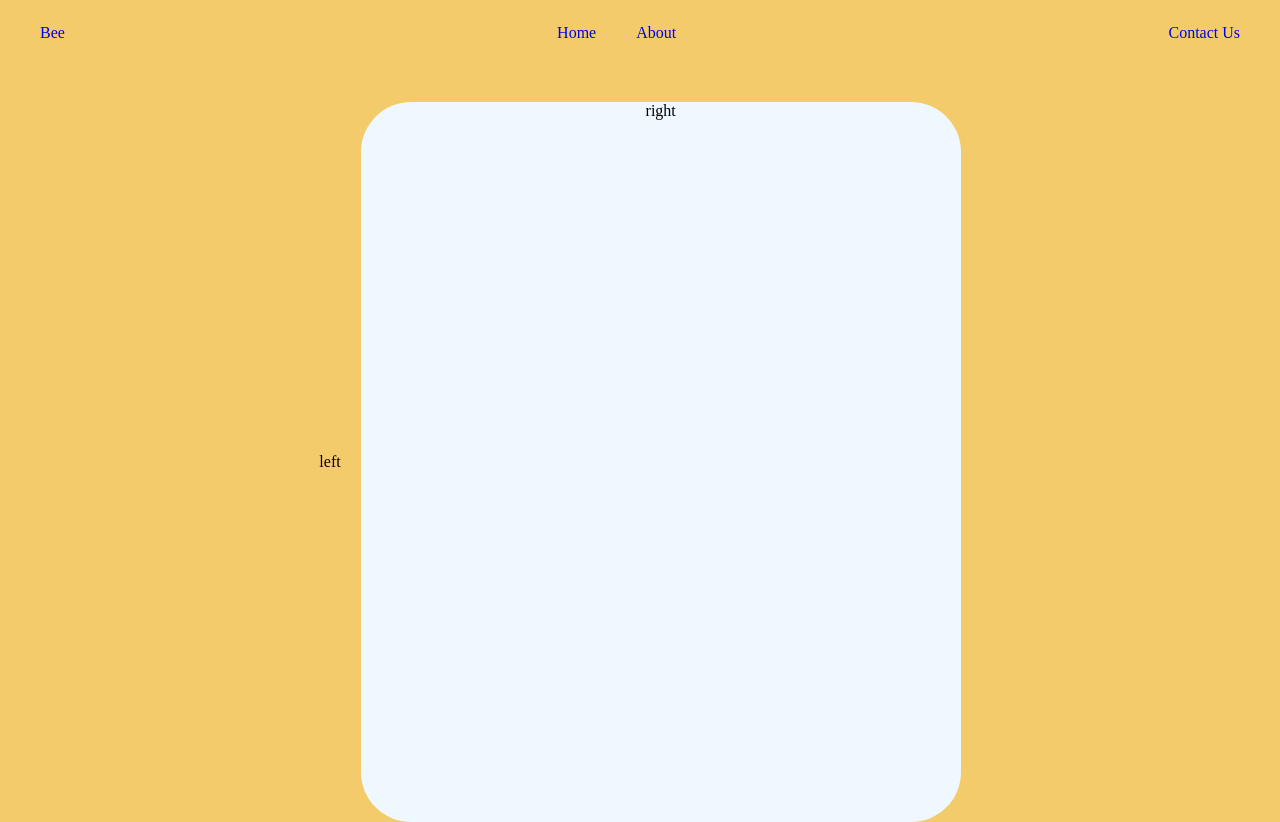
Repository: ble-syn/Random-user-generator-app
Page: /
These files come from the project's save history. The page is drawn as it stood at one moment and after the next save; the edit follows.
The browser window is 1280 px wide. The pictures show the whole page.
The project was rebuilt for these pictures with package versions that can differ from the ones it lists, and the page was loaded fresh each time. Also part of the build but not shown: src/pages/About.jsx, src/pages/Policy.jsx, src/pages/Terms.jsx, src/pages/Contact.jsx, src/pages/NotFound.jsx.

Above is the page before, as saved 2022-10-26 00:35:08.

After the next save:
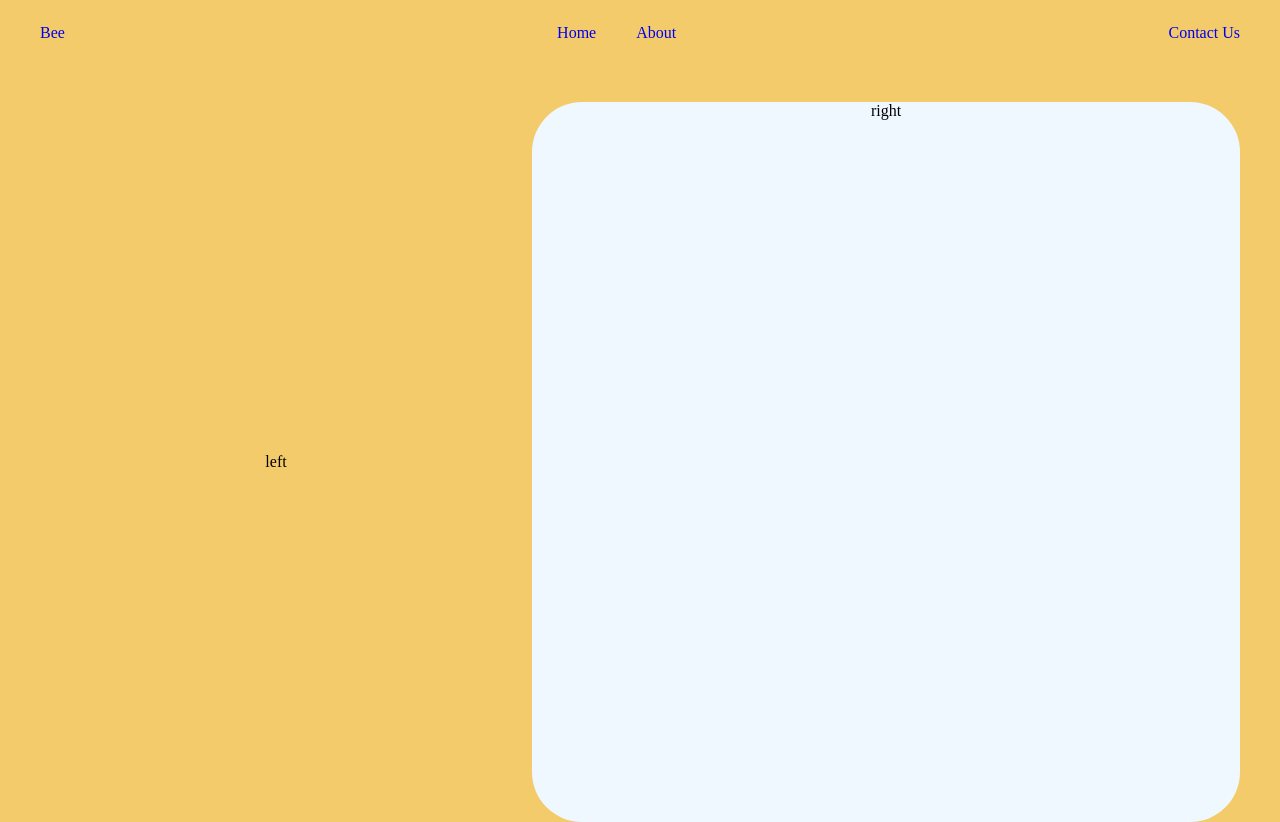
Saved 34 s later.
--- a/src/index.css
+++ b/src/index.css
@@ -31,12 +31,13 @@ nav {
   display: flex;
   align-items: center;
   justify-content: center;
-
-
+}
+#left {
+  flex: 4;
 }
 #right{
   height: 100vh;
-  width: 50%;
+ flex: 6;
   margin-left: 20px;
   background-color: aliceblue;
   border-radius: 50px;
